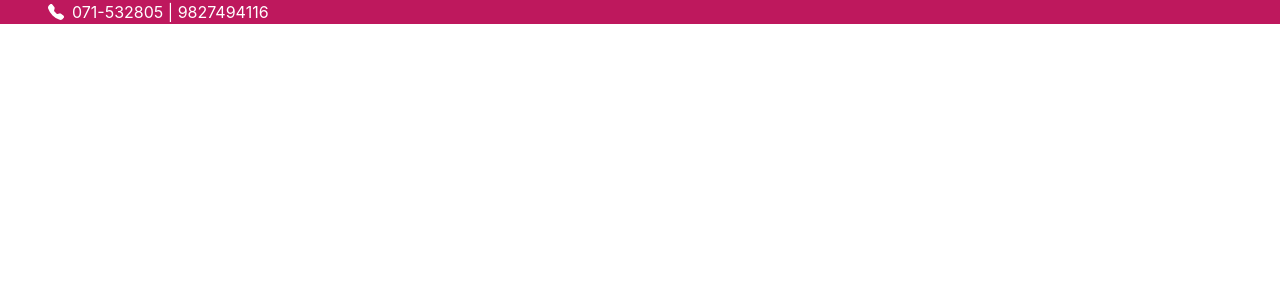
Repository: Sushant203/react-training-
Page: /
An editor plug-in stored every save of this project. The page is shown before and after the next save, followed by the edit.
The browser window is 1280 px wide. The pictures show the whole page.
The project was rebuilt for these pictures with package versions that can differ from the ones it lists, and the page was loaded fresh each time. Also part of the build but not shown: src/App.css.

Above is the page before, as saved 2022-12-15 00:44:00.

After the next save:
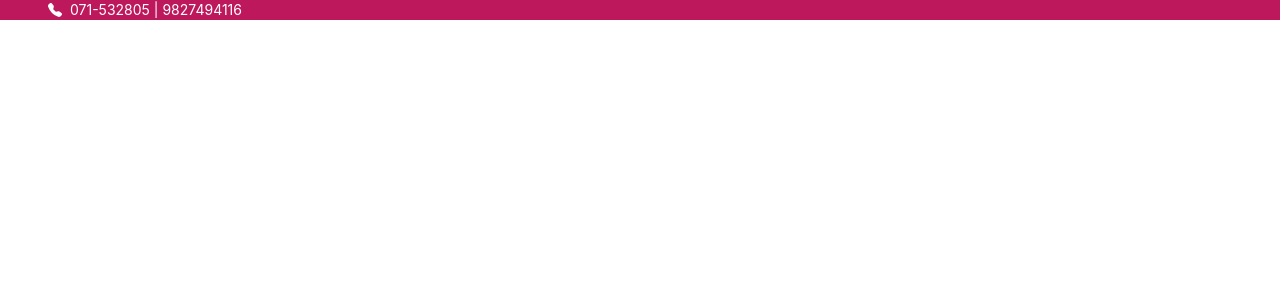
Saved 17 s later.
--- a/src/components/UpperNav.jsx
+++ b/src/components/UpperNav.jsx
@@ -4,7 +4,7 @@ import { BsFillTelephoneFill } from "react-icons/bs";
 const UpperNav = () => {
   return (
     <div>
-      <div className="bg-pink-700 align-center px-2 text-white">
+      <div className="bg-pink-700 align-center px-2 text-white text-sm">
         <div className="flex gap-2 items-center mx-10">
           <BsFillTelephoneFill className="text-white" />
           <p>071-532805 | 9827494116</p>
